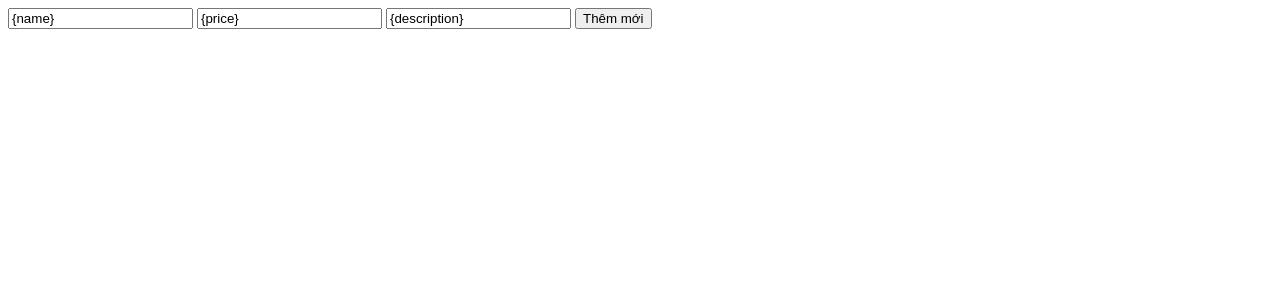
Repository: nguyenhung50497/MD3_demoDatabase1
Page: src/views/edit.html
The author's editor kept a copy of each file at every save. The page is drawn from the files as they stood at one save, then again after the next save.
The browser window is 1280 px wide. The pictures show the whole page.

Above is the page before, as saved 2022-12-28 11:08:41.

### src/views/edit.html
<!DOCTYPE html>
<html lang="en">
<head>
    <meta charset="UTF-8">
    <title>Create</title>
</head>
<body>
<form action="/create" method="post">
    <input type="text" name="name" value="{name}">
    <input type="text" name="price" value="{price}">
    <input type="text" name="description" value="{description}">
    <button type="submit">Thêm mới</button>
</form>
</body>
</html>

After the next save:
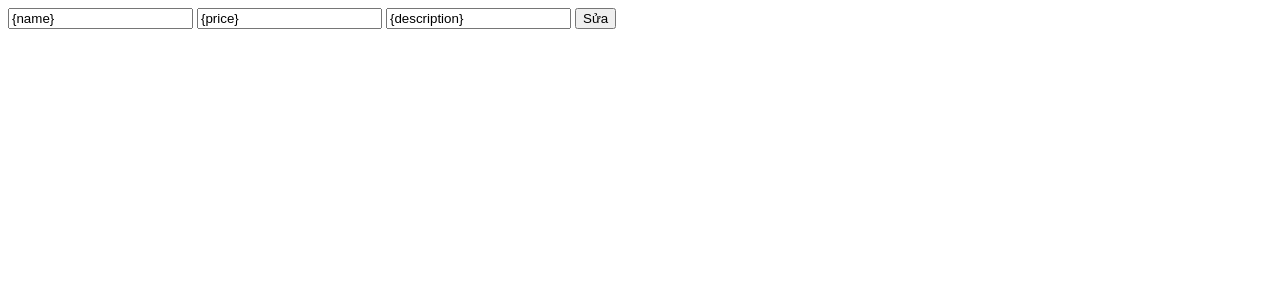
Saved 42 s later.
--- a/src/views/edit.html
+++ b/src/views/edit.html
@@ -9,7 +9,7 @@
     <input type="text" name="name" value="{name}">
     <input type="text" name="price" value="{price}">
     <input type="text" name="description" value="{description}">
-    <button type="submit">Thêm mới</button>
+    <button type="submit">Sửa</button>
 </form>
 </body>
 </html>
